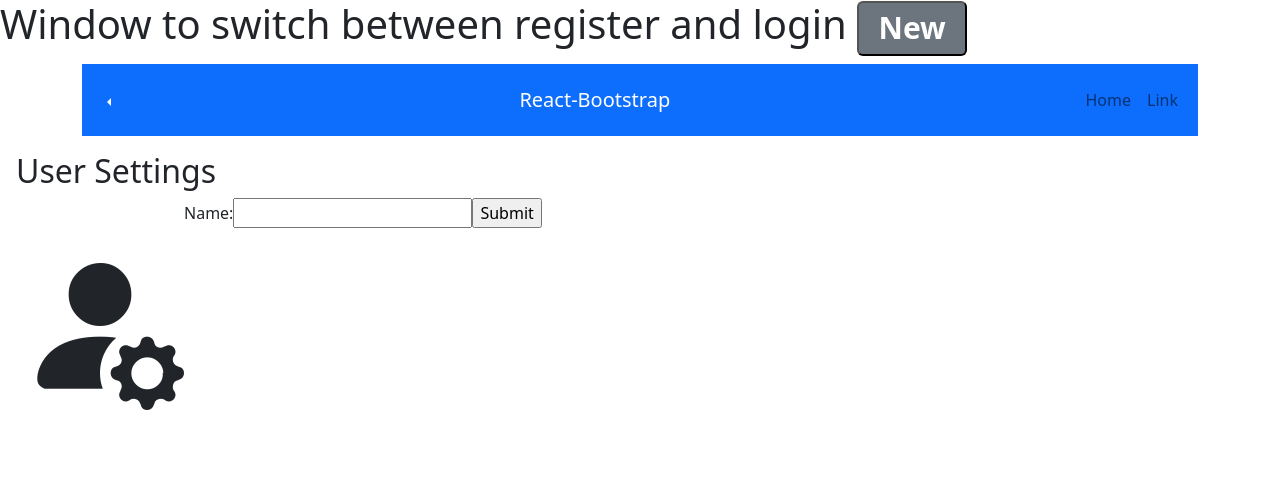
Repository: christenis98/RealWorldApp
Page: / (app in bank-frontend/)
An editor plug-in stored every save of this project. The page is shown before and after the next save, followed by the edit.
The browser window is 1280 px wide. The pictures show the whole page.
The project was rebuilt for these pictures with package versions that can differ from the ones it lists, and the page was loaded fresh each time. Also part of the build but not shown: bank-frontend/src/App.css.

Above is the page before, as saved 2022-11-24 12:21:54.

### bank-frontend/src/index.js
import React from 'react';
import ReactDOM from 'react-dom/client';
import './index.css';
import App from './App';
import reportWebVitals from './reportWebVitals';
import 'bootstrap/dist/css/bootstrap.min.css';

import 'bootstrap-icons/font/bootstrap-icons.css';

const root = ReactDOM.createRoot(document.getElementById('root'));
root.render(
  <React.StrictMode>
    <App />
  </React.StrictMode>
);

// If you want to start measuring performance in your app, pass a function
// to log results (for example: reportWebVitals(console.log))
// or send to an analytics endpoint. Learn more: https://bit.ly/CRA-vitals
reportWebVitals();

### bank-frontend/src/App.js
import logo from './logo.svg';
import './App.css';
import Badge from 'react-bootstrap/Badge'
import DropStartComponent from './js/DropStartComponent';
import UserSettings from './js/UserSettings';


function App() {
  return (
    <div>
    <h1>
      Window to switch between register and login{' '}
      <Badge bg="secondary" as="Button">
        New
      </Badge>
    </h1>
    <DropStartComponent/>
    <UserSettings/>
  </div>
  );
}

export default App;

### bank-frontend/src/js/DropStartComponent.js
import Dropdown from "react-bootstrap/Dropdown";
import DropdownButton from "react-bootstrap/DropdownButton";
import Nav from "react-bootstrap/Nav";
import Navbar from "react-bootstrap/Navbar";
import NavDropdown from "react-bootstrap/NavDropdown";
import Container from "react-bootstrap/Container";

const DropStartComponent = () => {
  return (
    <Container>
      <Navbar bg="primary" variant="dark" expand="lg">
        <Container>
          <DropdownButton
            key={"start"}
            id={`dropdown-button-drop-${"start"}`}
            drop={"start"}
            variant="primary"
          >
            <Dropdown.Item eventKey="1">Action</Dropdown.Item>
            <Dropdown.Item eventKey="2">Another action</Dropdown.Item>
            <Dropdown.Item eventKey="3">Something else here</Dropdown.Item>
            <Dropdown.Divider />
            <Dropdown.Item eventKey="4">Separated link</Dropdown.Item>
          </DropdownButton>
          <Navbar.Brand href="#home">React-Bootstrap</Navbar.Brand>
          <Navbar.Toggle aria-controls="basic-navbar-nav" />
          <Navbar id="basic-navbar-nav">
            <Nav className="me-auto">
              <Nav.Link href="#home">Home</Nav.Link>
              <Nav.Link href="#link">Link</Nav.Link>
            </Nav>
          </Navbar>
        </Container>
      </Navbar>
    </Container>
  );
};

export default DropStartComponent;

### bank-frontend/src/js/UserSettings.jsx
import React from 'react'

function UserSettings() {
    return (
        <div class="d-flex flex-column bd-highlight mb-3 p-3">
            <h2>User Settings</h2>
            <div class="d-flex flex-row bd-highlight mb-3">
                <i class="bi bi-person-fill-gear" style={{ fontSize: "1050%" }}></i>
                <div>
                    <label>
                        Name:
                        <input type="text" name="name" />
                    </label>
                    <input type="submit" value="Submit" />
                </div>
            </div>
        </div>
    )
}


export default UserSettings;

Loaded but not shown: bank-frontend/public/index.html (common file); bank-frontend/src/index.css (common file); bank-frontend/src/reportWebVitals.js (common file)

After the next save:
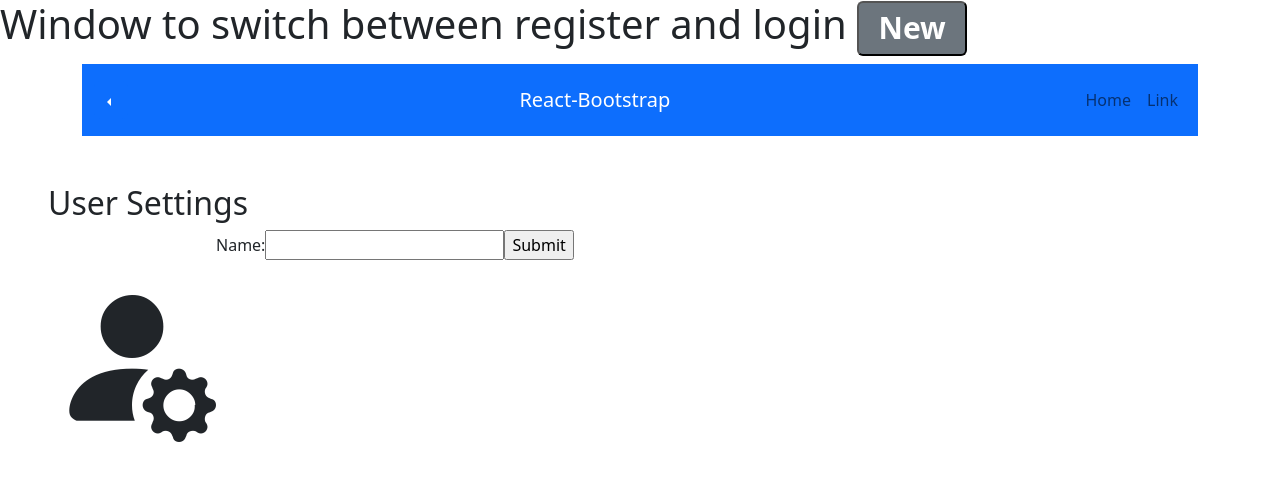
Saved 12 s later.
--- a/bank-frontend/src/js/UserSettings.jsx
+++ b/bank-frontend/src/js/UserSettings.jsx
@@ -2,7 +2,7 @@ import React from 'react'
 
 function UserSettings() {
     return (
-        <div class="d-flex flex-column bd-highlight mb-3 p-3">
+        <div class="d-flex flex-column bd-highlight mb-3 p-5">
             <h2>User Settings</h2>
             <div class="d-flex flex-row bd-highlight mb-3">
                 <i class="bi bi-person-fill-gear" style={{ fontSize: "1050%" }}></i>
